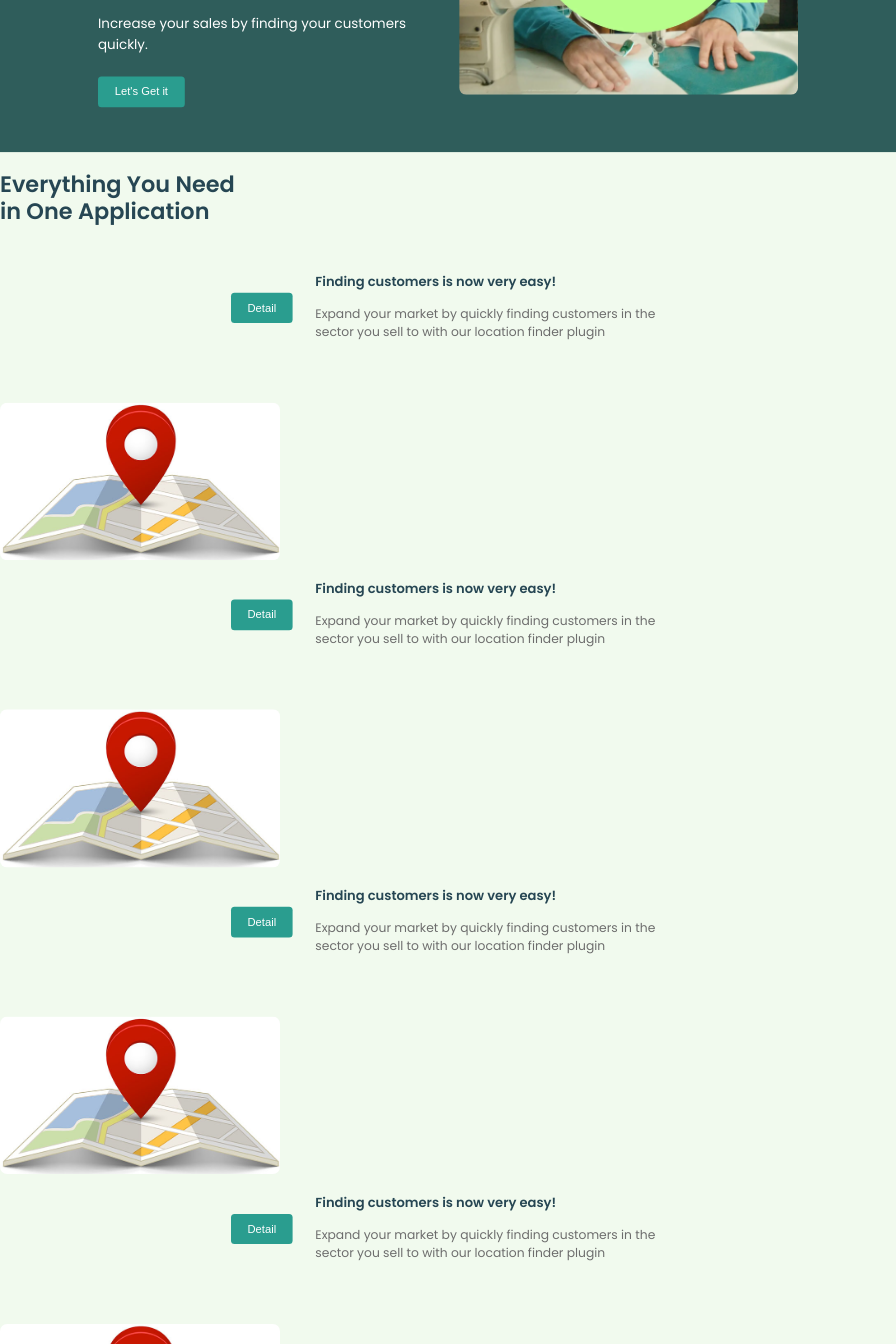
Repository: senolinanyasar/myrouteapplication
Page: /
The author's editor kept a copy of each file at every save. The page is drawn from the files as they stood at one save, then again after the next save.
The browser window is 1280 px wide. The pictures show the part of the page from y = 495 to 2415 px (the page is 3941 px tall before and 4069 px after), at 70% of full size.
The project was rebuilt for these pictures with package versions that can differ from the ones it lists, and the page was loaded fresh each time. Also part of the build but not shown: vite.config.js.

Above is the page before, as saved 2024-11-14 20:16:00.

### src/index.css
@import url('https://fonts.googleapis.com/css2?family=Poppins:wght@400;600&display=swap');

body {
  font-family: 'Poppins', sans-serif;
  color: #264653;
  background-color: #f1faee;
  margin: 0;
  padding: 0;
  box-sizing: border-box;
}

code {
  font-family: source-code-pro, Menlo, Monaco, Consolas, 'Courier New',
    monospace;
}

### src/App.js
import React from 'react';
import HomePage from './components/HomePage';

function App() {
  return (
    <div className="App">
      <HomePage/>
    </div>
  );
}

export default App;

### src/components/HomePage.js
// HomePage.js
import React from 'react';
import TopBar from './TopBar';
import Header from './Header';
import HeroSection from './HeroSection';
import FeaturesSection from './FeaturesSection';
import PricingSection from './PricingSection';
import IndustriesSection from './IndustriesSection';
import Footer from './Footer';

const HomePage = () => {
    return (
        <div>
            <TopBar />
            <Header />
            <HeroSection />
            <FeaturesSection />
            <PricingSection />
            <IndustriesSection />
            <Footer />
        </div>
    );
};

export default HomePage;

### src/components/TopBar.js
// TopBar.js
import React from 'react';
import './TopBar.css';

const TopBar = () => {
    return (
        <div className="top-bar">
            <div className="top-bar-content">
                <span>Destek</span>
                <span>0232 323 3223</span>
                <a href="#contact">İletişim</a>
            </div>
        </div>
    );
};

export default TopBar;

### src/components/Header.js
// Header.js
import React from 'react';
import './Header.css';

const Header = () => {
    return(
        <header className="header">
            <div className="header-logo">/logo url</div>
            <nav className="header-nav">
                <a href="#features">Özellikler</a>
                <a href="#industries">Sektörler</a>
                <a href="#pricing">Fiyatlandırma</a>
                <a href="#about">Hakkımızda</a>
                <a href='#contact'>İletişim</a>
            </nav>
            <div className="header-buttons">
                <button className="login-button">Giriş</button>
                <button className="register-button">Kayıt Ol</button>
            </div>
        </header>
    );
};


export default Header;

### src/components/HeroSection.js
// HeroSection.js
import React from 'react';
import './HeroSection.css';
import herosectionimage from '../images/hero1.webp';

const HeroSection = () =>{
    return(
        <section className="hero">
            <div className='hero-content'>
                <div className='hero-text'>
                    <h1>Customer Finding and Account Management Application Coming from the Heart of Commerce</h1>
                    <p>Increase your sales by finding your customers quickly.</p>
                    <button className='cta-button'>Let's Get it</button>
                </div>
                <div className='hero-image'>
                    <img src={herosectionimage} alt="Hero"/>
                </div>
            </div>
        </section>
    );
};

export default HeroSection;

### src/components/FeaturesSection.js
// FeaturesSection.js
import React from 'react';
import './FeaturesSection.css';
import locationImage from '../images/location.jpg';

const FeaturesSection = () => {
    return (
        <section className="feature-section">
            <h2 className='features-title'>Everything You Need <br /> in One Application</h2>
            <div className='feature'>
                <div className='feature-text'>
                    <h3>Finding customers is now very easy!</h3>
                    <p>Expand your market by quickly finding customers in the sector you sell to with our location finder plugin</p>
                </div>
                <button className='cta-button'>Detail</button>
            </div>
            <div className='feature-image'>
            <img src={locationImage} alt="Location Feature" />
            </div>
            <div className='feature'>
                <div className='feature-text'>
                    <h3>Finding customers is now very easy!</h3>
                    <p>Expand your market by quickly finding customers in the sector you sell to with our location finder plugin</p>
                </div>
                <button className='cta-button'>Detail</button>
            </div>
            <div className='feature-image'>
            <img src={locationImage} alt="Location Feature" />
            </div>
            <div className='feature'>
                <div className='feature-text'>
                    <h3>Finding customers is now very easy!</h3>
                    <p>Expand your market by quickly finding customers in the sector you sell to with our location finder plugin</p>
                </div>
                <button className='cta-button'>Detail</button>
            </div>
            <div className='feature-image'>
            <img src={locationImage} alt="Location Feature" />
            </div>
            <div className='feature'>
                <div className='feature-text'>
                    <h3>Finding customers is now very easy!</h3>
                    <p>Expand your market by quickly finding customers in the sector you sell to with our location finder plugin</p>
                </div>
                <button className='cta-button'>Detail</button>
            </div>
            <div className='feature-image'>
            <img src={locationImage} alt="Location Feature" />
            </div>
        </section>
    );
};

export default FeaturesSection;

### src/components/PricingSection.js
// PricingSection.js
import React from "react";
import './PricingSection.css';

const PricingSection = () => {
    return (
        <section className="pricing">
        <h2>Abonelik Planı</h2>
        <div className="pricing-cards">
          <div className="pricing-card">
            <h3>Basit Plan</h3>
            <p>₺500/Aylık</p>
            <ul>
              <li>Müşteri Takibi</li>
              <li>Ürün ve Stok Takibi</li>
              <li>Finansal Veri Takibi</li>
            </ul>
            <button className="cta-button">Basit Seçim</button>
          </div>
          <div className="pricing-card">
            <h3>Gelişmiş Plan</h3>
            <p>₺900/Aylık</p>
            <ul>
              <li>Lokasyon</li>
              <li>Müşteri Takibi</li>
              <li>Ürün ve Stok Takibi</li>
              <li>Finansal Veri Takibi</li>
            </ul>
            <button className="cta-button">Gelişmiş Seçim</button>
          </div>
          </div>
      </section>
    );
};

export default PricingSection;

### src/components/IndustriesSection.js
// IndustriesSection.js
import React from "react";
import './IndustriesSection.css';

const IndustriesSection = () => {
    return (
        <section className="industries">
            <h2>Hizmet Verdiğimiz Sektörler</h2>
            <div className="industry-cards">
                <div className="industry-card">
                    <h3>Toptancı</h3>
                    <p>Toptancı işletmelerinin operasyonlarını kolaylaştırmaya yardımcı olmak.</p>
                </div>
            </div>
        </section>
    );
};

export default IndustriesSection;

### src/components/Footer.js
// Footer.js

import React from 'react';
import './Footer.css';
import { FaFacebook, FaInstagram, FaLinkedin, FaTwitter, FaYoutube } from 'react-icons/fa';

const Footer = () => {
    return (
        <footer className="footer">
            <div className='footer-container'>
                {/* Logo ve Adres */}
                <div className='footer-logo-section'>
                    <h2 className='footer-logo'>MyRouteApp</h2>
                    <p>Şirket Adres : İZMİR</p>
                    <div className='social-icons'>
                        <FaFacebook />
                        <FaTwitter />
                        <FaInstagram />
                        <FaLinkedin />
                        <FaYoutube />
                    </div>
                </div>

                {/* Site Haritası */}
                <div className="footer-links">
                    <h3>Özellikler</h3>
                    <ul>
                        <li>-----------</li>
                        <li>-----------</li>
                        <li>-----------</li>
                        <li>-----------</li>
                        <li>-----------</li>
                        <li>-----------</li>
                    </ul>
                </div>

                <div className="footer-links">
                    <h3>Şirket</h3>
                    <ul>
                        <li>-----------</li>
                        <li>-----------</li>
                        <li>-----------</li>
                        <li>-----------</li>
                    </ul>
                </div>

                <div className="footer-links">
                    <h3>Hakkımızda</h3>
                    <ul>
                        <li>Gizlilik Koşulları</li>
                        <li>KVKK Aydınlatma Metni</li>
                    </ul>
                </div>
            </div>

            <div className="footer-bottom">
                <p>&copy; 2024 Tüm hakları saklıdır.</p>
            </div>
        </footer>
    );
};

export default Footer;

### src/components/TopBar.css
/* TopBar.css */

.top-bar {
    background-color: #2f5d5b;
    color: white;
    padding: 0.5rem;
    font-size: 0.9rem;
    display: flex;
    justify-content: center;
    position: fixed;
    top: 0;
    width: 99%;
    z-index: 1000;
}
.top-bar-content {
    display: flex;
    gap: 1rem;
    align-items: center;
    justify-content: flex-end;
    width: 100%;
}

.top-bar-content span{
    color: #ffffff;
}
.top-bar-content a{
    color: #9fe7c0;
    text-decoration: none;
    transition: color 0.3s;
}

.top-bar-content a:hover{
    color: #c3f2d0;
}

### src/components/Header.css
/* Header.css */
.header{
    display: flex;
    justify-content: space-between;
    align-items: center;
    padding: 1rem 2rem;
    background-color: #2a9d8f;
    color: white;
    margin-top: 2rem;
    position: sticky;
    top: 2rem;
    z-index: 999;
}


.header-logo {
    font-size: 1.5rem;
    font-weight: bold;
}
.header-nav a{
    margin: 0 1rem;
    color: white;
    text-decoration: none;
}
.header-nav a:hover {
    color: #e9c46a;
  }

.header-buttons button{
    margin-left: 1rem;
    padding: 0.5rem 1rem;
    border: none;
    border-radius: 5px;
}

.login-button{
    background-color: #264653;
    color: white;
}

.register-button{
    background-color: #e9c46a;
    color: black;
}

### src/components/HeroSection.css
.hero {
    padding: 4rem 2rem;
    background-color: #2f5d5b;
    color: white;

}

.hero-content {
    display: flex;
    align-items: center;
    justify-content: space-between;
    max-width: 1000px;
    margin: 0 auto;
}

.hero-text {
    flex: 1;
    margin-right: 2rem;
}

.hero h1 {
    font-size: 2.5rem;
    margin-bottom: 1rem;

}

.hero p {
    font-size: 1.2rem;
    margin-bottom: 2rem;

}

.cta-button {
    padding: 0.8rem 1.5rem;
    font-size: 1rem;
    color: #2f5d5b;
    background-color: #9fe7c0;
    border: none;
    border-radius: 5px;
    cursor: pointer;
    transition: background-color 0.3s ease;
}

.cta-button:hover {
    background-color: #c3f2d0;
}

.hero-image {
    flex: 1;
    max-width: 500px;
    height: auto;

}

.hero-image img {
    width: 100%;
    height: auto;
    object-fit: cover;
    border-radius: 10px;
}

### src/components/FeaturesSection.css
/* FeaturesSection.css */
.features-section {
    padding: 4rem 2rem;
    text-align: center;
}

.features-title {
    font-size: 2rem;
    font-weight: 600;
    color: #264653;
    margin-bottom: 3rem;
    line-height: 1.2;
}



.feature {
    display: flex;
    align-items: center;
    justify-content: center;
    gap: 2rem;
    margin-bottom: 4rem;
    flex-direction: row;
}

.feature:nth-child(even) {
    flex-direction: row-reverse;
}

.feature-text {
    flex: 1;
    max-width: 500px;
    text-align: left;
}

.features h3 {
    font-size: 1.8rem;
    font-weight: 600;
    color: #264653;
    margin-bottom: 1rem;
}

.feature-text p {
    font-size: 1.1rem;
    color: #6d6d6d;
    margin-bottom: 1.5rem;
}

.cta-button {
    padding: 0.8rem 1.5rem;
    font-size: 1rem;
    color: #2f5d5b;
    background-color: #9fe7c0;
    border: none;
    border-radius: 5px;
    cursor: pointer;
    transition: background-color 0.3s ease;
}

.cta-button:hover {
    background-color: #c3f2d0;
}

.feature-image {
    flex: 1;
    max-width: 400px;
    height: auto;
}

.feature-image img {
    width: 100%;
    height: auto;
    object-fit: cover;
    border-radius: 10px;
}

### src/components/PricingSection.css
/* PricingSection.css */

.pricing{
    padding: 3rem;
    background-color: #f4a261;
    color: #264653;
    text-align: center;
}

.pricing h2{
    font-size: 2rem;
    margin-bottom: 2rem;
}

.pricing-cards {
    display: flex;
    justify-content: space-around;
    flex-wrap: wrap;
}

.pricing-card {
    background-color: white;
    padding: 2rem;
    border-radius: 10px;
    width: 250px;
    margin: 1rem;
    box-shadow: 0px 4px 8px  rgba(0, 0, 0, 0.2);
    transition: transform 0.3s ease;
}

.pricing-card:hover{
    transform: scale(1.05);
}

.cta-button{
    padding: 0.8rem 1.5rem;
    font-size: 1rem;
    color: white;
    background-color: #2a9d8f;
    border: none;
    border-radius: 5px;
    cursor: pointer;
    transition: background-color 0.3s ease;
}

.cta-button:hover{
    background-color: #e76f51;
}

### src/components/IndustriesSection.css
/* IndustriesSection.css */

.industries {
    padding: 3rem;
    background-color: #264653;
    color: white;
    text-align: center;
}

.industries h2{
    font-size: 2rem;
    margin-bottom: 2rem;
}

.industries-cards{
    display: flex;
    justify-content: space-around;
    flex-wrap: wrap;
}

.industries-card{
    background-color: #2a9d8f;
    padding: 1.5rem;
    border-radius: 10px;
    width: 250px;
    margin: 1rem;
    box-shadow: 0px 4px 8px rgba(0, 0, 0, 0,2);
    transition: transform 0.3s ease;
}

.industries-card:hover{
    transform: translateY(-5px);
}

### src/components/Footer.css
/* Footer.css */

.footer {
    background-color: #2f5d5b;
    color: white;
    padding: 3rem 2rem;
}
.footer-container{
    display: flex;
    flex-wrap: wrap;
    justify-content: space-around;
    gap: 2rem;
}

.footer-logo-seciton{
    max-width: 200px;
}

.footer-logo{
    font-size: 1.5rem;
    margin-bottom: 1rem;
}
.footer-logo-seciton p{
    margin-bottom: 1rem;
}
.social-icons{
    display: flex;
    gap: 0.5rem;
}
.social-icons svg:hover{
    color: #9fe7c0;
}
.footer-links{
    max-width: 150px;
}
.footer-links h3{
    font-size: 1.2rem;
    margin-bottom: 1rem;
}
.footer-links ul{
    list-style: none;
    padding: 0;
}
.footer-links ul li {
    margin-bottom: 0.5rem;
    cursor: pointer;
    transition: color 0.3s;
}
.footer-links ul li:hover{
    color: #9fe7c0;
}

.footer-bottom {
    text-align: center;
    margin-top: 2rem;
    font-size: 0.9rem;
    border-top: 1px solid #9fe7c0;
    padding-top: 1rem;
}

Loaded but not shown: public/index.html (common file); src/index.js (common file); src/reportWebVitals.js (common file)

After the next save:
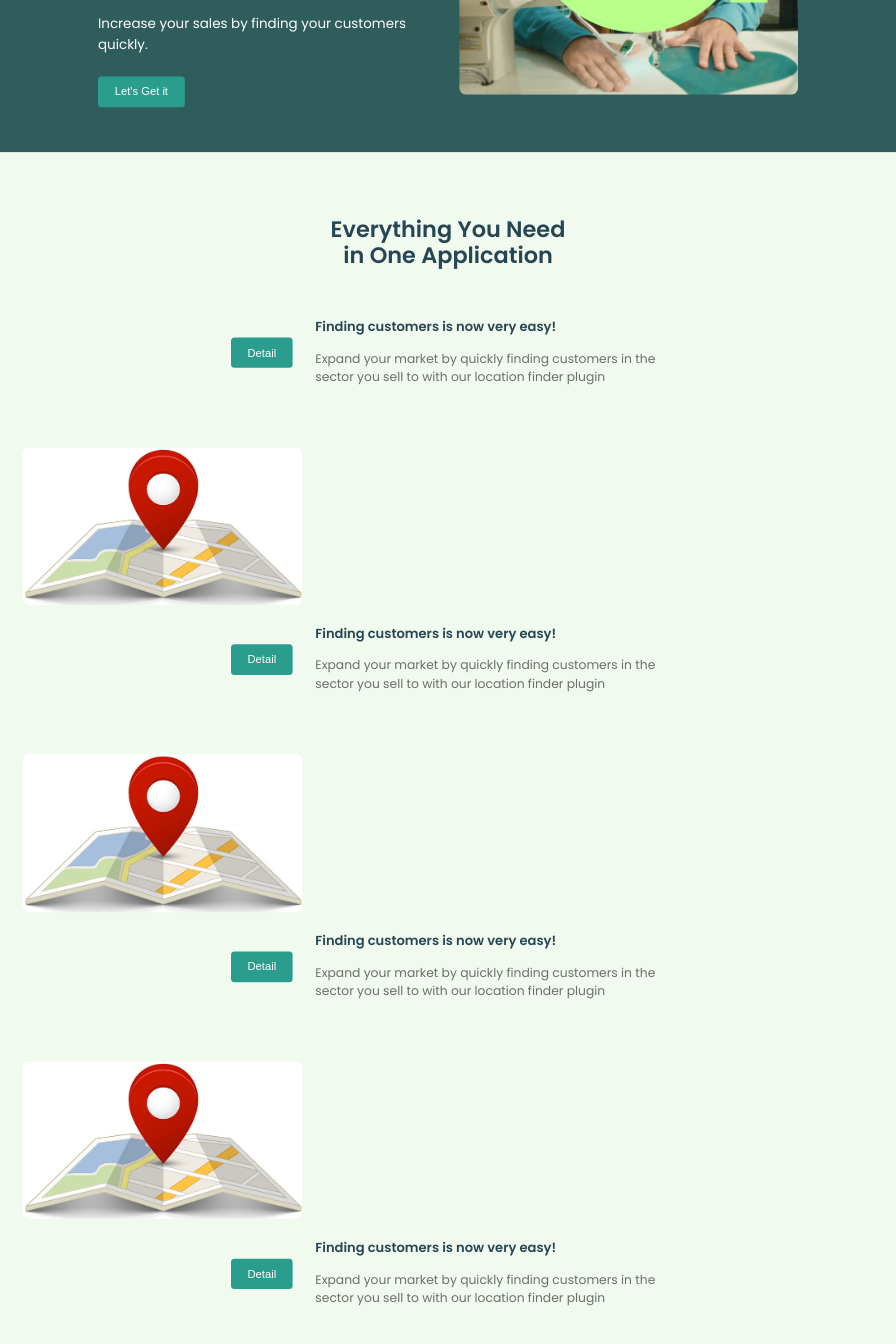
Saved 94 s later.
--- a/src/components/FeaturesSection.js
+++ b/src/components/FeaturesSection.js
@@ -5,7 +5,7 @@ import locationImage from '../images/location.jpg';
 
 const FeaturesSection = () => {
     return (
-        <section className="feature-section">
+        <section className="features-section">
             <h2 className='features-title'>Everything You Need <br /> in One Application</h2>
             <div className='feature'>
                 <div className='feature-text'>
